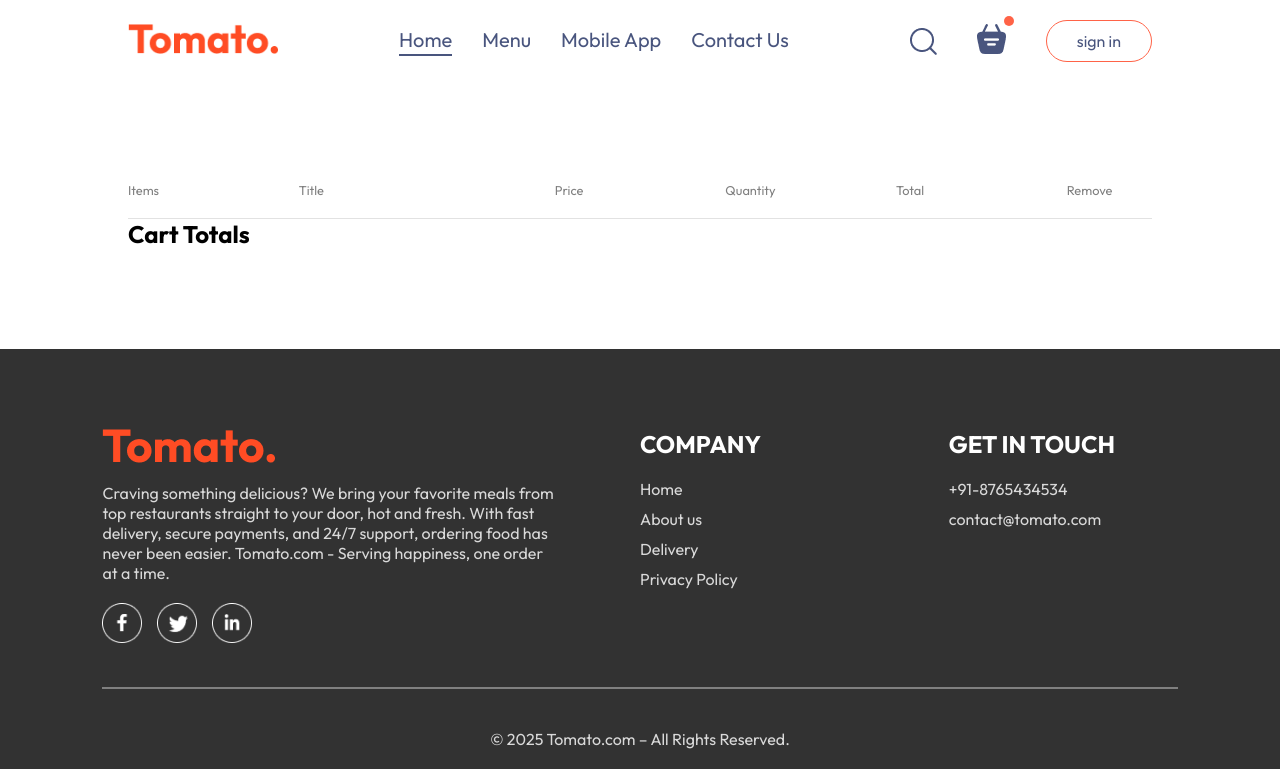
Repository: esakkiraj8104/FOOD_ORDER1
Page: /cart
An editor plug-in stored every save of this project. The page is shown before and after a run of saves, followed by the edit.
The browser window is 1280 px wide. The pictures show the whole page.
The project was rebuilt for these pictures with package versions that can differ from the ones it lists, and the page was loaded fresh each time. Also part of the build but not shown: vite.config.js, src/components/Navbar/Header/Haeder.css, src/components/Navbar/Header/Header.jsx, src/components/Navbar/ExploreMenu/ExploreMenu.css, src/components/Navbar/ExploreMenu/ExploreMenu.jsx, src/components/Navbar/FoodDisplay/FoodDisplay.css, src/components/Navbar/FoodItem/FoodItem.css, src/components/Navbar/FoodItem/FoodItem.jsx and 6 more. Imported but missing from the stored project, and not drawn on this page: src/pages/PlaceOrder/PlaceOrder.

Above is the page before, as saved 2025-05-20 18:44:53.

After the next 2 saves:
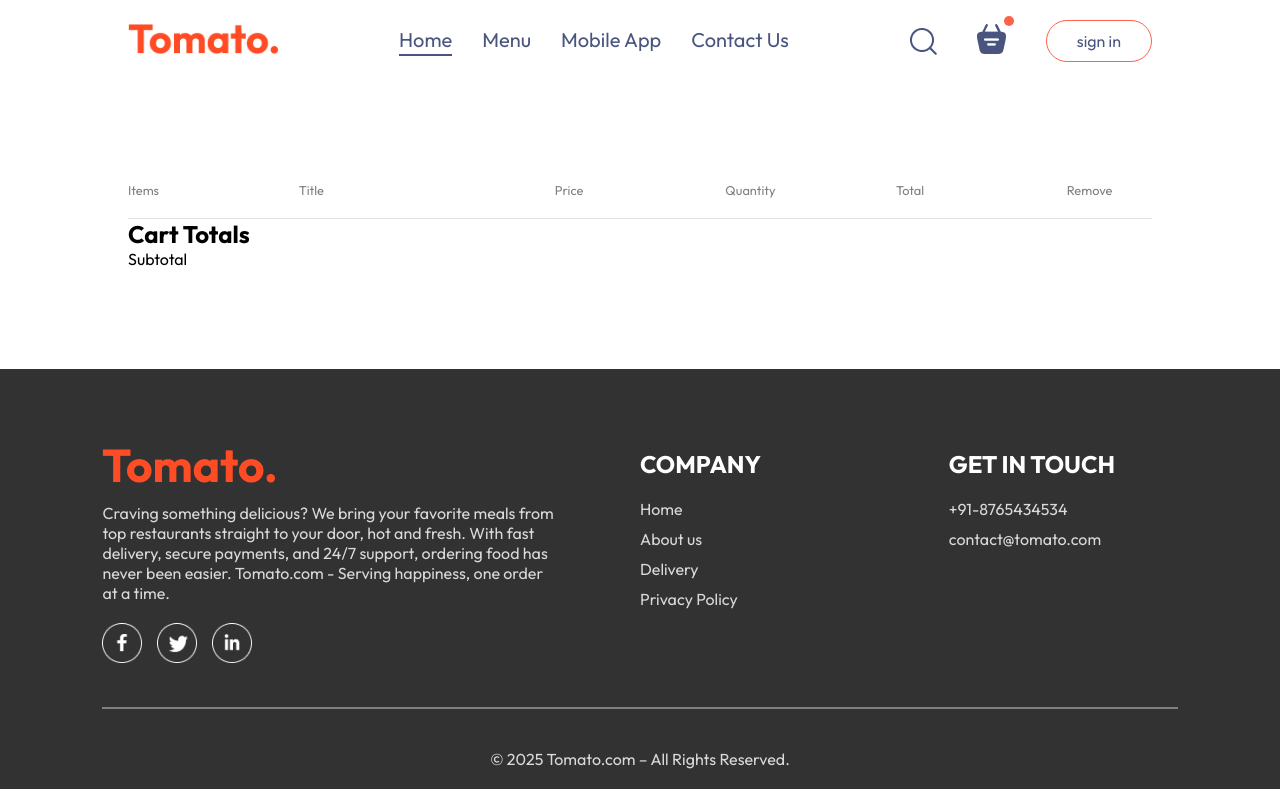
The 2 saves are shown as one change because they came seconds apart.
The last was saved 13 s later.
--- a/src/pages/Cart/Cart.jsx
+++ b/src/pages/Cart/Cart.jsx
@@ -42,7 +42,7 @@ const Cart = () => {
           <h2>Cart Totals</h2>
           <div>
             <div className="cart-total-details">
-              <p></p>
+              <p>Subtotal</p>
             </div>
             <div className="cart-total-details">
 
